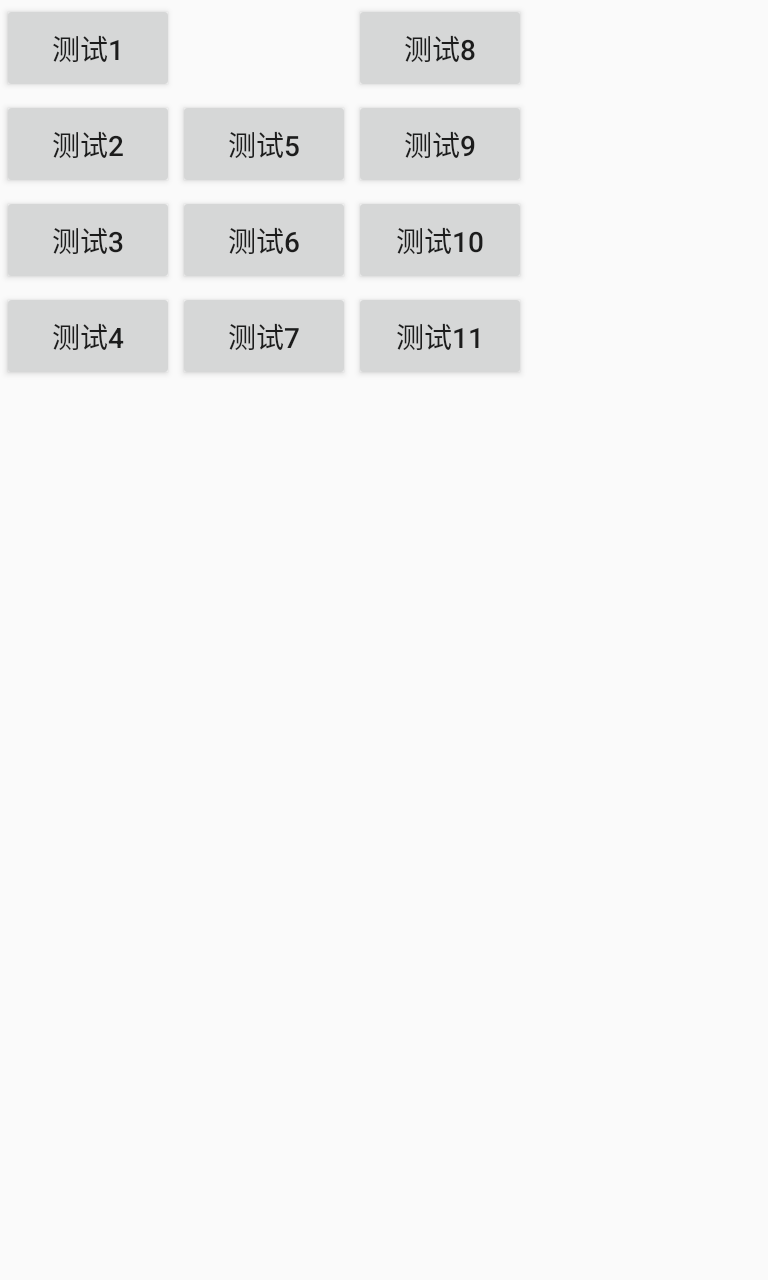
Repository: A207/guanjingjing
Layout: day4/LayoutApp/res/layout/ActivityGridLayout.xml
These files come from the project's save history. The layout is drawn as it stood at one moment and after the next save; the edit follows.
It is drawn on a 768 x 1280 px phone screen (xhdpi) without system bars, with theme AppTheme; the app's code is not run.

Above is the layout before, as saved 2015-07-09 11:19:34.

### day4/LayoutApp/res/layout/ActivityGridLayout.xml
<?xml version="1.0" encoding="UTF-8"?>
<GridLayout xmlns:android="http://schemas.android.com/apk/res/android"
    xmlns:tools="http://schemas.android.com/tools"
    android:layout_width="match_parent"
    android:layout_height="match_parent"
    android:orientation="vertical"
    android:rowCount="4"
    tools:ignore="NewApi" >

    <!-- android:columnCount="3" -->

    <Button
        android:layout_width="wrap_content"
        android:layout_height="wrap_content"
        android:text="测试1"
        android:layout_columnSpan="2" ><!-- 横跨两列 -->
    </Button>

    <Button
        android:layout_width="wrap_content"
        android:layout_height="wrap_content"
        android:text="测试2" >
    </Button>

    <Button
        android:layout_width="wrap_content"
        android:layout_height="wrap_content"
        android:text="测试3" >
    </Button>

    <Button
        android:layout_width="wrap_content"
        android:layout_height="wrap_content"
        android:text="测试4" >
    </Button>

    <Button
        android:layout_width="wrap_content"
        android:layout_height="wrap_content"
        android:text="测试5" >
    </Button>

    <Button
        android:layout_width="wrap_content"
        android:layout_height="wrap_content"
        android:text="测试6" >
    </Button>

    <Button
        android:layout_width="wrap_content"
        android:layout_height="wrap_content"
        android:text="测试7" >
    </Button>

    <Button
        android:layout_width="wrap_content"
        android:layout_height="wrap_content"
        android:text="测试8" >
    </Button>

    <Button
        android:layout_width="wrap_content"
        android:layout_height="wrap_content"
        android:text="测试9" >
    </Button>

    <Button
        android:layout_width="wrap_content"
        android:layout_height="wrap_content"
        android:text="测试10" >
    </Button>

    <Button
        android:layout_width="wrap_content"
        android:layout_height="wrap_content"
        android:text="测试11" >
    </Button>

</GridLayout>

Loaded but not shown: day4/LayoutApp/res/values/styles.xml (common file); day4/LayoutApp/res/values-v11/styles.xml (common file); day4/LayoutApp/res/values-v14/styles.xml (common file)

After the next save:
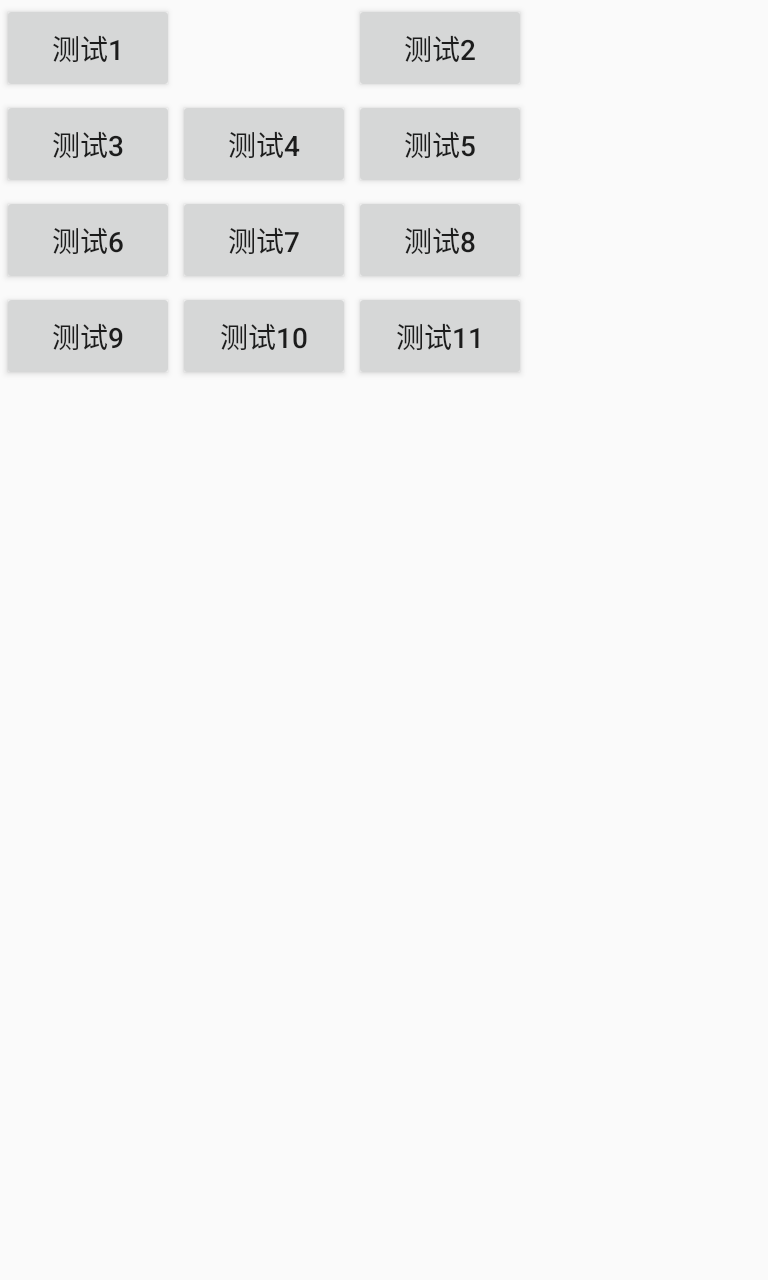
Saved 2 min 28 s later.
--- a/day4/LayoutApp/res/layout/ActivityGridLayout.xml
+++ b/day4/LayoutApp/res/layout/ActivityGridLayout.xml
@@ -3,11 +3,9 @@
     xmlns:tools="http://schemas.android.com/tools"
     android:layout_width="match_parent"
     android:layout_height="match_parent"
-    android:orientation="vertical"
-    android:rowCount="4"
-    tools:ignore="NewApi" >
+    android:columnCount="3" >
 
-    <!-- android:columnCount="3" -->
+    <!-- android:orientation="vertical" android:rowCount="4" -->
 
     <Button
         android:layout_width="wrap_content"
